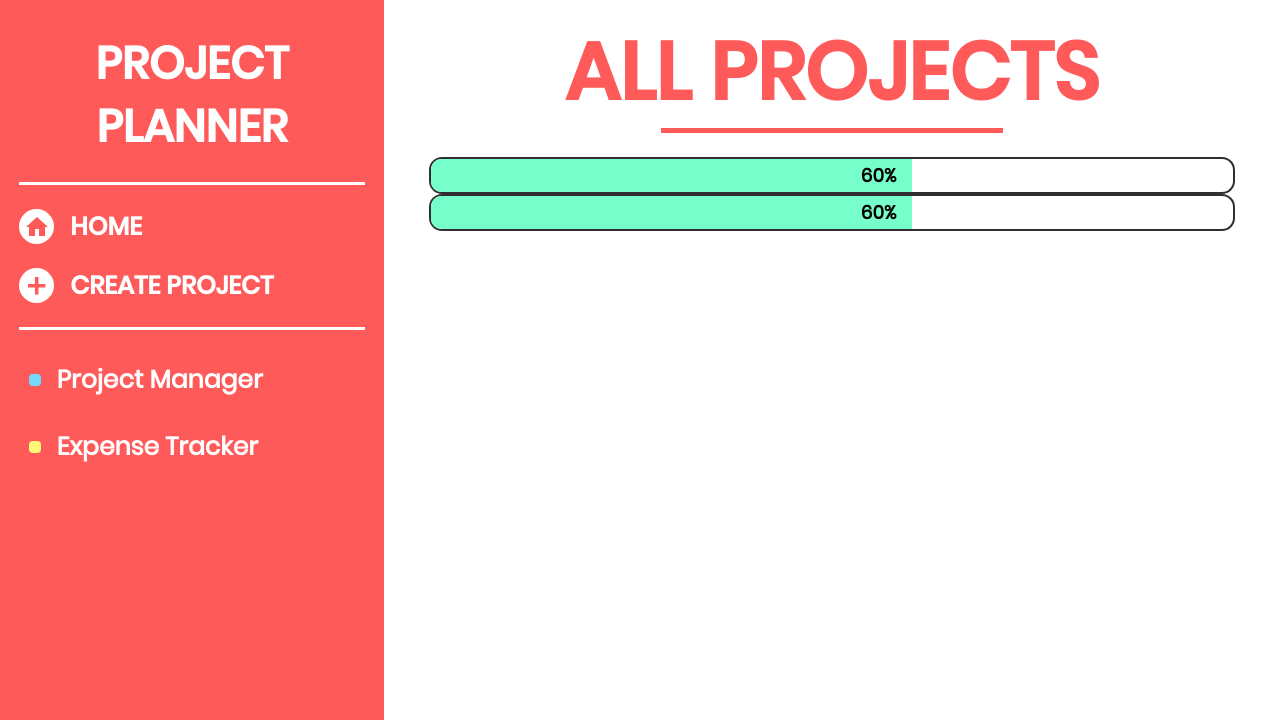
Repository: AzharMoosa/project-manager
Page: /
An editor plug-in stored every save of this project. The page is shown before and after the next save, followed by the edit.
The browser window is 1280 px wide. The pictures show the whole page.
The project was rebuilt for these pictures with package versions that can differ from the ones it lists, and the page was loaded fresh each time.

Above is the page before, as saved 2020-06-22 11:03:15.

### public/index.html
<!DOCTYPE html>
<html lang="en">
  <head>
    <meta charset="utf-8" />
    <link rel="icon" href="%PUBLIC_URL%/favicon.ico" />
    <meta name="viewport" content="width=device-width, initial-scale=1" />
    <meta name="theme-color" content="#000000" />
    <meta
      name="description"
      content="Web site created using create-react-app"
    />
    <link rel="apple-touch-icon" href="%PUBLIC_URL%/logo192.png" />

    <link rel="manifest" href="%PUBLIC_URL%/manifest.json" />

    <title>Project Planner</title>
  </head>
  <body>
    <noscript>You need to enable JavaScript to run this app.</noscript>
    <div id="root"></div>
  </body>
</html>

### src/App.js
import React from "react";
import Sidebar from "./components/sidebar/Siebar";
import Home from "./components/home/Home";
import { ProjectProvider } from "./ProjectContext";

import "./App.css";

function App() {
  return (
    <ProjectProvider>
      <div className='container'>
        <Sidebar />
        <Home />
      </div>
    </ProjectProvider>
  );
}

export default App;

### src/components/sidebar/Siebar.js
import React from "react";
import Header from "./Header";
import ProjectList from "../project-list/ProjectList";

const Siebar = () => {
  return (
    <div className='sidebar'>
      <Header />
      <ProjectList />
    </div>
  );
};

export default Siebar;

### src/components/home/Home.js
import React, { useContext } from "react";
import ProgectProgress from "./ProgectProgress";
import { ProjectContext } from "../../ProjectContext";

const Home = () => {
  const [projects, setProjects] = useContext(ProjectContext);

  return (
    <div className='home'>
      <h1 className='home-title'>ALL PROJECTS</h1>
      {projects.map((project) => (
        <ProgectProgress />
      ))}
    </div>
  );
};

export default Home;

### src/ProjectContext.js
import React, { useState, createContext } from "react";

export const ProjectContext = createContext();

export const ProjectProvider = (props) => {
  const [projects, setProjects] = useState([
    {
      name: "Project Manager",
      overview:
        "A project management application which allows you to plan personal projects and track its progress.  Create detail plans of projects before developing projects.",
      tools: ["HTML", "CSS", "JAVASCRIPT", "REACT"],
      progress: 60,
      tasks: [
        "Create Project Plans",
        "Todo List for Each Project",
        "Track Progress",
        "Priority List",
        "Choose Tools In Each Project",
        "Clean And Simple Design",
        "Use REACT",
      ],
      color: "blue",
      date: "26/06/2020",
      id: 28392,
    },

    {
      name: "Expense Tracker",
      overview:
        "A expense tracker application which allows you to budget and track your savings.  Track what expenses you have",
      tools: ["HTML", "CSS", "JAVASCRIPT", "REACT"],
      progress: 40,
      tasks: [
        "Expenses In And Out",
        "Current Balance",
        "Highest Money Out",
        "Clean And Simple Design",
        "Use REACT",
      ],
      color: "yellow",
      date: "",
      id: 2032,
    },
  ]);

  return (
    <ProjectContext.Provider value={[projects, setProjects]}>
      {props.children}
    </ProjectContext.Provider>
  );
};

### src/App.css
:root {
  --red: #ff5a5a;
  --green: #76ffca;
  --blue: #76daff;
  --yellow: #fffa76;
  --purple: #ab76ff;
}

/* CSS RESET */

* {
  margin: 0;
  padding: 0;
  box-sizing: border-box;
}

/* Fonts */

@font-face {
  font-family: "Poppins-Med";
  src: url("./fonts/Poppins-Medium.ttf");
}

@font-face {
  font-family: "Poppins-Reg";
  src: url("./fonts/Poppins-Regular.ttf");
}

/* Body */

body {
  font-family: "Poppins-Reg";
  line-height: 1.4;
}

/* Utilities */

/* Bullet Points */

.project-side:before,
.blue:before,
.yellow:before,
.green:before,
.purple:before {
  content: " ";
  height: 12px;
  width: 12px;
  margin-right: 1rem;
  border-radius: 4px;
}

.blue:before {
  background-color: var(--blue);
}

.yellow:before {
  background-color: var(--yellow);
}

.green:before {
  background-color: var(--green);
}

.purple:before {
  background-color: var(--purple);
}

/* Container */
.container {
  display: flex;
  overflow: hidden;
}

/* Sidebar */
.sidebar {
  width: 30vw;
  background-color: var(--red);
  height: 100vh;
  color: #fff;
}

.title {
  font-size: 45px;
  font-family: "Poppins-Med";
  text-align: center;
  padding-top: 2rem;
}

.nav-btns::after,
.nav-btns:before {
  content: " ";
  display: block;
  border-bottom: 3px solid #fff;
  width: 100%;
  margin: 1.5rem auto;
}

.nav-btns {
  width: 90%;
  margin: auto;
}

.home-btn,
.create-project-btn {
  display: flex;
  align-items: center;
  margin-top: 1.5rem;
}

.home-btn h3,
.create-project-btn h3 {
  margin-left: 1rem;
  font-family: "Poppins-Med";
  font-size: 25px;
}

.home-btn svg,
.create-project-btn svg {
  cursor: pointer;
}

/* Home */

.home {
  width: 70vw;
  display: flex;
  flex-direction: column;
}

.home-title {
  font-size: 80px;
  font-family: "Poppins-Med";
  color: var(--red);
  text-align: center;
  margin-top: 1rem;
}

.home-title:after {
  content: " ";
  display: block;
  border-bottom: 5px solid var(--red);
  width: 342px;
  margin: 0 auto 1.5rem auto;
}

/* Project Sidebar List */
.project-side {
  width: 85%;
  margin: 2rem auto;
  display: flex;
  align-items: center;
  cursor: pointer;
}

.project-side h3 {
  font-size: 25px;
}

/* Progress Bar */
.progressbar {
  width: 90%;
  background-color: #fff;
  border: 2px solid #2f2f2f;
  border-radius: 13px;
  margin: 0 auto;
}

.progressbar > div {
  background-color: var(--green);
  width: 60%;
  height: 33px;
  border-radius: 10px 0 0 10px;
}

.progressbar > div h3 {
  display: flex;
  justify-content: flex-end;
  line-height: 1.8;
  margin-right: 1rem;
}

### src/components/sidebar/Header.js
import React from "react";

const Header = () => {
  return (
    <div>
      <h1 className='title'>PROJECT PLANNER</h1>
      <div className='nav-btns'>
        <div className='home-btn'>
          <svg
            xmlns='http://www.w3.org/2000/svg'
            width='35'
            height='35'
            viewBox='0 0 35 35'
          >
            <g
              id='Home_Btn'
              data-name='Home Btn'
              transform='translate(-139 -182)'
            >
              <circle
                id='Ellipse_1'
                data-name='Ellipse 1'
                cx='17.5'
                cy='17.5'
                r='17.5'
                transform='translate(139 182)'
                fill='#fff'
              />
              <path
                id='icons8-home'
                d='M12,2.1,1,12H4v9h6V14h4v7h6V12h3Z'
                transform='translate(145 187.9)'
                fill='#ff5a5a'
              />
            </g>
          </svg>
          <h3>HOME</h3>
        </div>

        <div className='create-project-btn'>
          <svg
            xmlns='http://www.w3.org/2000/svg'
            width='35'
            height='35'
            viewBox='0 0 35 35'
          >
            <g id='Group_6' data-name='Group 6' transform='translate(-50 -242)'>
              <circle
                id='Ellipse_2'
                data-name='Ellipse 2'
                cx='17.5'
                cy='17.5'
                r='17.5'
                transform='translate(50 242)'
                fill='#fff'
              />
              <path
                id='icons8-plus'
                d='M8.922,2V8.922H2v1.538H8.922v6.922h1.538V10.461h6.922V8.922H10.461V2Z'
                transform='translate(58 250)'
                fill='#ff5a5a'
                stroke='#ff5a5a'
                strokeWidth='2'
                fillRule='evenodd'
              />
            </g>
          </svg>
          <h3>CREATE PROJECT</h3>
        </div>
      </div>
    </div>
  );
};

export default Header;

### src/components/project-list/ProjectList.js
import React, { useContext } from "react";
import { ProjectContext } from "../../ProjectContext";
import ProjectSide from "./ProjectSide";

const ProjectList = () => {
  // eslint-disable-next-line
  const [projects, setProjects] = useContext(ProjectContext);

  return (
    <div>
      {projects.map((project) => (
        <ProjectSide
          name={project.name}
          color={project.color}
          key={project.id}
        />
      ))}
    </div>
  );
};

export default ProjectList;

### src/components/home/ProgectProgress.js
import React from "react";
import ProgressBar from "./ProgressBar";

const ProgectProgress = () => {
  return (
    <div className='project-progress'>
      <div className='project-title'>
        <h3></h3>
      </div>
      <ProgressBar />
    </div>
  );
};

export default ProgectProgress;

### src/components/project-list/ProjectSide.js
import React from "react";

const Project = ({ name, color }) => {
  return (
    <div className={`project-side ${color}`}>
      <h3>{name}</h3>
    </div>
  );
};

export default Project;

### src/components/home/ProgressBar.js
import React from "react";

const ProgressBar = () => {
  return (
    <div className='progressbar'>
      <div>
        <h3>60%</h3>
      </div>
    </div>
  );
};

export default ProgressBar;

Loaded but not shown: src/index.js (common file)

After the next save:
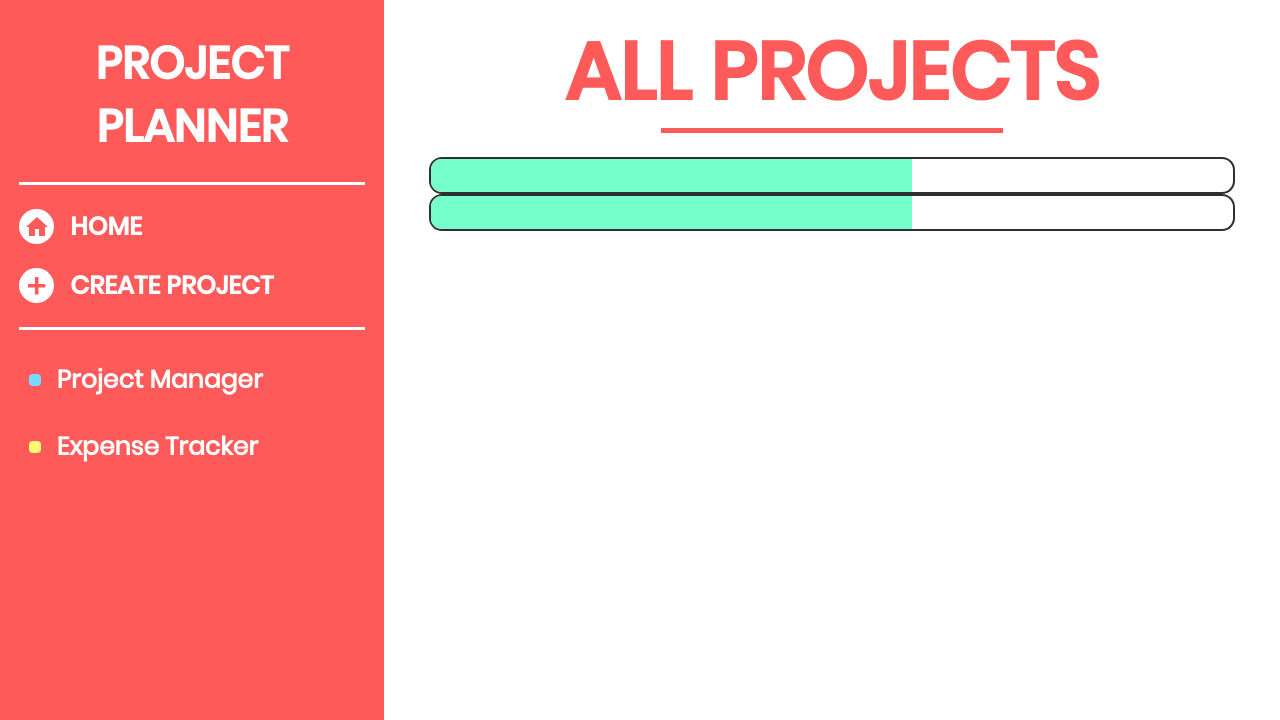
Saved 31 s later.
--- a/src/components/home/ProgressBar.js
+++ b/src/components/home/ProgressBar.js
@@ -4,7 +4,7 @@ const ProgressBar = () => {
   return (
     <div className='progressbar'>
       <div>
-        <h3>60%</h3>
+        <h3>{}</h3>
       </div>
     </div>
   );
